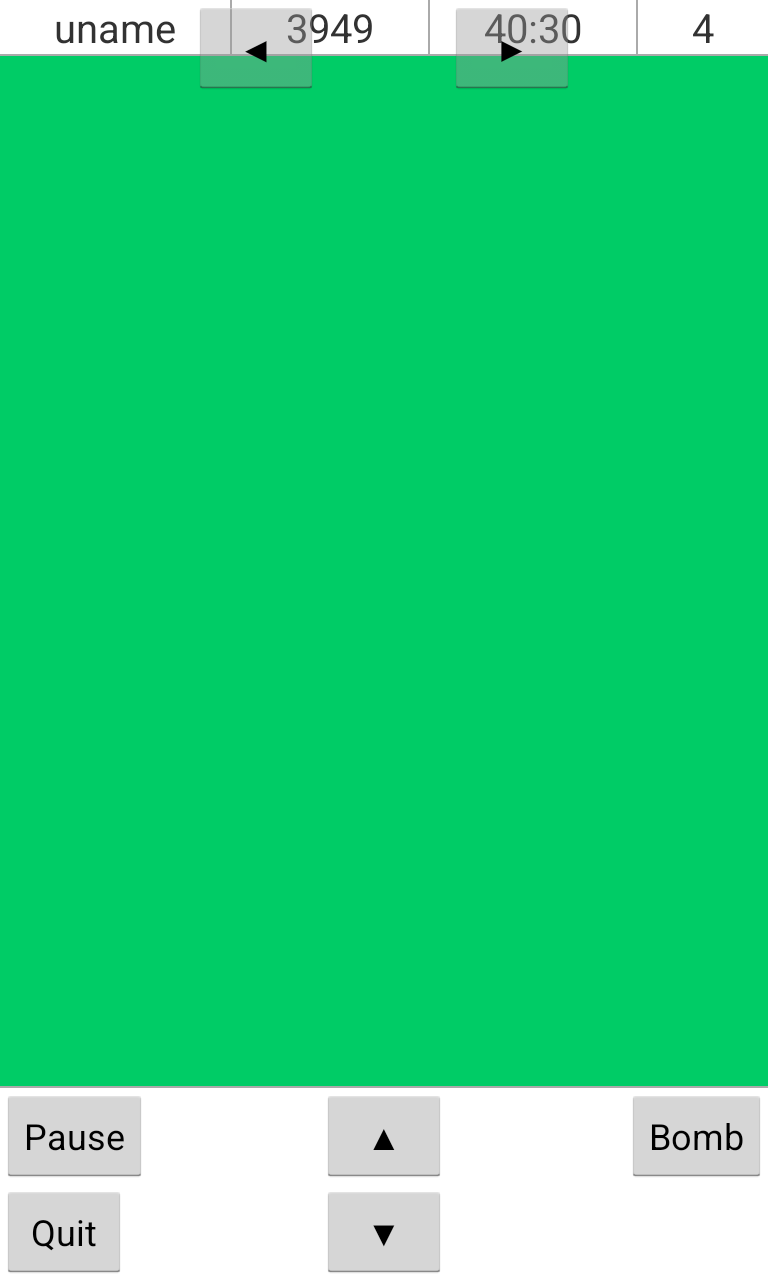
Repository: srijeyanthan/bomberman
Layout: MyFirstApp/res/layout/activity_main.xml
The author's editor kept a copy of each file at every save. The layout is drawn from the files as they stood at one save, then again after the next save.
It is drawn on a 768 x 1280 px phone screen (xhdpi) without system bars, with theme AppTheme; the app's code is not run.

Above is the layout before, as saved 2014-03-26 00:14:31.

### MyFirstApp/res/layout/activity_main.xml
<?xml version="1.0" encoding="utf-8"?>
<RelativeLayout xmlns:android="http://schemas.android.com/apk/res/android"
    xmlns:tools="http://schemas.android.com/tools"
    android:layout_width="fill_parent"
    android:layout_height="fill_parent"
    tools:context=".DemoApp" >


    	<LinearLayout
    	    android:layout_width="fill_parent"
    	    android:layout_height="wrap_content"
    	    android:id="@+id/upprBoard"
    	    android:layout_alignParentTop="True"
    	    >
    	<TextView
    	    android:id="@+id/uid"
    	    android:layout_width="wrap_content"
    	    android:layout_height="wrap_content"
    	    android:text="uname"
    	    android:textSize="20sp"
    	    android:gravity="center"
    	    android:layout_weight="1"
    	     />
    			    <View
        android:layout_below="@+id/upprBoard"
        android:layout_height="fill_parent"
        android:layout_width="1dp"
        android:background="@android:color/darker_gray"/>

    	<TextView
    	    android:id="@+id/score"
    	    android:layout_width="wrap_content"
    	    android:layout_height="wrap_content"
    	    android:textSize="20sp"
    	    android:text="3949"
    	    android:gravity="center"
    	    android:layout_weight="1"
    	     />
    	<View
        android:layout_below="@+id/upprBoard"
        android:layout_height="fill_parent"
        android:layout_width="1dp"
        android:background="@android:color/darker_gray"/>

		<TextView
    	    android:id="@+id/tleft"
    	    android:layout_width="wrap_content"
    	    android:layout_height="wrap_content"
    	    android:textSize="20sp"
    	    android:text="40:30"
    	    android:gravity="center"
    	    android:layout_weight="1"
    	     />
		<View
        android:layout_below="@+id/upprBoard"
        android:layout_height="fill_parent"
        android:layout_width="1dp"
        android:background="@android:color/darker_gray"/>

		<TextView
    	    android:id="@+id/no_players"
    	    android:layout_width="wrap_content"
    	    android:layout_height="wrap_content"
    	    android:textSize="20sp"
    	    android:text="4"
    	    android:gravity="center"
    	    android:layout_weight="1"
    	     />

    	    </LinearLayout>

		    <View
        android:id="@+id/upprSeparator"
        android:layout_below="@+id/upprBoard"
        android:layout_width="fill_parent"
        android:layout_height="1dp"
        android:background="@android:color/darker_gray"/>

		    <View
		        android:id="@+id/bckg"
		        android:layout_below="@+id/upprSeparator"
		        android:background="#00CC66"
		        android:layout_width="fill_parent"
		        android:layout_height="fill_parent"
		        android:layout_above="@+id/lowerSeparator"
		        />

        <Button
        android:id="@+id/btnBomb"
        android:layout_width="wrap_content"
        android:layout_height="wrap_content"
	    android:layout_alignParentRight="true"
	    android:layout_below="@+id/lowerSeparator"
	    android:text="@string/button_bomb"
        />

    <Button
        android:id="@+id/btnPause"
        android:layout_width="wrap_content"
        android:layout_height="wrap_content"
	    android:layout_alignParentLeft="true"
	    android:layout_below="@+id/lowerSeparator"
	    android:text="@string/button_pause"
        />

    <Button
        android:id="@+id/btnQuit"
        android:layout_width="wrap_content"
        android:layout_height="wrap_content"
	    android:layout_alignParentLeft="true"
	    android:layout_below="@+id/btnPause"
	    android:text="@string/button_quit"
        />
    <View
        android:id="@+id/lowerSeparator"
        android:layout_above="@+id/btnUp"
        android:layout_width="fill_parent"
        android:layout_height="1dp"
        android:background="@android:color/darker_gray"/>

    <Button
        android:id="@+id/btnUp"
        android:layout_width="wrap_content"
        android:layout_height="wrap_content"
        android:text="@string/button_up"
        android:layout_above="@+id/btnDown"
        android:layout_centerHorizontal="true"
         />

    <Button
        android:id="@+id/btnDown"
        android:layout_width="wrap_content"
        android:layout_height="wrap_content"
	    android:layout_alignParentBottom="true"
	    android:layout_centerHorizontal="true"
	    android:text="@string/button_down"
        />


     <Button
        android:id="@+id/btnLeft"
        android:layout_width="wrap_content"
        android:layout_height="wrap_content"
        android:layout_toLeftOf="@+id/btnDown"
        android:layout_alignParentBottom="True"
        android:text="@string/button_left"
        />

     <Button
        android:id="@+id/btnRight"
        android:layout_width="wrap_content"
        android:layout_height="wrap_content"
        android:layout_toRightOf="@+id/btnDown"
        android:layout_alignParentBottom="True"
        android:text="@string/button_right"
         />

</RelativeLayout>

### MyFirstApp/res/values/strings.xml
<?xml version="1.0" encoding="utf-8"?>
<resources>

    <string name="app_name">Test Relative</string>
    <string name="action_settings">Settings</string>
    <string name="hello_world">Hello world!</string>
    <string name="edit_message"/>
    <string name="button_up">▲</string>
    <string name="button_down">▼</string>
    <string name="button_left">◀</string>
    <string name="button_right">▶</string>
    <string name="done">done</string>
    <string name="reminder"/>
    <string name="button_bomb">Bomb</string>
    <string name="button_pause">Pause</string>
    <string name="button_quit">Quit</string>

</resources>

Loaded but not shown: MyFirstApp/res/values/styles.xml (common file); MyFirstApp/res/values-v11/styles.xml (common file); MyFirstApp/res/values-v14/styles.xml (common file)

After the next save:
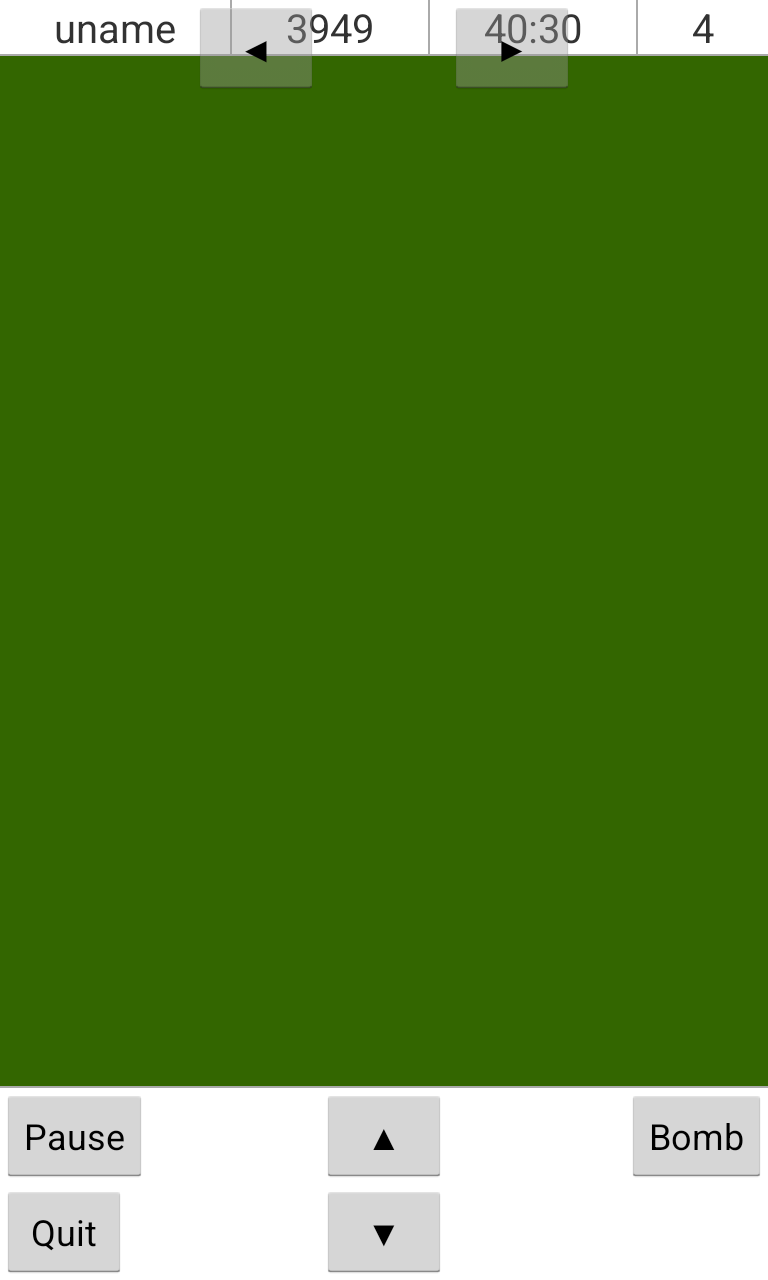
Saved 3 min 58 s later.
--- a/MyFirstApp/res/layout/activity_main.xml
+++ b/MyFirstApp/res/layout/activity_main.xml
@@ -79,7 +79,7 @@
 		    <View
 		        android:id="@+id/bckg"
 		        android:layout_below="@+id/upprSeparator"
-		        android:background="#00CC66"
+		        android:background="#336600"
 		        android:layout_width="fill_parent"
 		        android:layout_height="fill_parent"
 		        android:layout_above="@+id/lowerSeparator"
